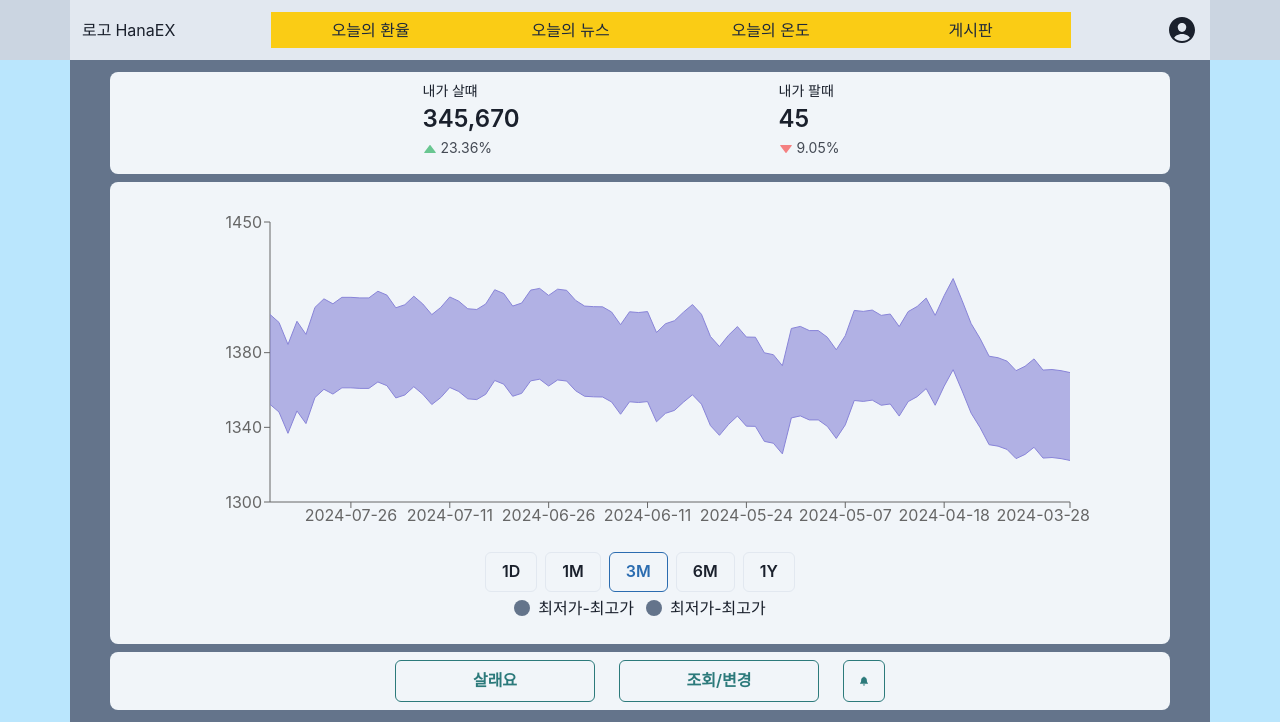
Repository: HANAEX/FRONT
Page: /MainPageDetail
These files come from the project's save history. The page is drawn as it stood at one moment and after the next save; the edit follows.
The browser window is 1280 px wide. The pictures show the whole page.
The project was rebuilt for these pictures with package versions that can differ from the ones it lists, and the page was loaded fresh each time. Also part of the build but not shown: src/components/ChartCard.js, src/components/FlowText.js, src/pages/MainPage.js, src/pages/LoginPage.js, src/pages/MyPage.js, src/data/Server_Url.js, src/components/Toggle.js, src/components/SementicCard.js and 8 more.

Above is the page before, as saved 2024-08-14 10:17:45.

### src/App.js
import { BrowserRouter, Route, Routes } from 'react-router-dom';
import { ChakraProvider } from '@chakra-ui/react'
import MainPage from './pages/MainPage';
import LoginPage from './pages/LoginPage';
import MyPage from './pages/MyPage';
import SemanticPage from './pages/SemanticPage';
import NewsPage from './pages/NewsPage';
import BoardPage from './pages/BoardPage';
import AppOut from './AppOut';
import MainPageDetail from './pages/MainPageDetail';
import SemanticPageDetail from './pages/SemanticPageDetail';

function App() {
  return (
    <ChakraProvider>
    <BrowserRouter>
    <Routes>
      <Route path='/' element={<AppOut />}>
        <Route path='' element={<MainPage />} />
        <Route path="Login" element={<LoginPage />}/>
        <Route path="My" element={<MyPage />} />
        <Route path="Semantic" element={<SemanticPage />} />
        <Route path="News" element={<NewsPage />} />
        <Route path="Board" element={<BoardPage />} />
        <Route path="MainPageDetail" element={<MainPageDetail />} />
        <Route path="SemanticPageDetail" element={<SemanticPageDetail />} />
      </Route>
    </Routes>
    </BrowserRouter>
    </ChakraProvider>
  );
}

export default App;

### src/AppOut.js
import React from 'react'
import { Outlet } from 'react-router'
import NavBar from './components/NavBar'

const AppOut = () => {
  return (
    <>
      <div className='w-screen flex justify-center bg-slate-300'>
        <NavBar />
      </div>
      <div className='w-screen flex justify-center bg-sky-200'>
        <Outlet />
      </div>
    </>
  )
}

export default AppOut

### src/pages/MainPageDetail.js
import React, {useState} from "react";
import MainChart from "../components/MainChart";
import {
  Text,
  Stat,
  StatLabel,
  StatNumber,
  StatHelpText,
  StatArrow,
  Button,
  Modal,
  ModalOverlay,
  ModalContent,
  ModalHeader,
  ModalFooter,
  ModalCloseButton,
  useDisclosure,
} from "@chakra-ui/react";
import { FaBell } from "react-icons/fa";
import ExChangeInput from "../components/ExChangeInput";
import ToggleModal from '../components/ToggleModal';
const MainPageDetail = () => {
  const { isOpen, onOpen, onClose } = useDisclosure();
  const [selected, setSelected] = useState(true);
  const handleToggle = () => {
    setSelected(!selected);
  };
  return (
    <div className="w-[1140px] bg-slate-500 flex flex-col py-1 px-10">
      {/*살때 팔 때 */}
      <div className="w-full flex justify-center px-48 py-2 rounded-lg my-2 bg-slate-100">
        <Stat className="flex justify-center">
          <StatLabel>내가 살떄</StatLabel>
          <StatNumber>345,670</StatNumber>
          <StatHelpText>
            <StatArrow type="increase" />
            23.36%
          </StatHelpText>
        </Stat>

        <Stat className="flex justify-center">
          <StatLabel>내가 팔때</StatLabel>
          <StatNumber>45</StatNumber>
          <StatHelpText>
            <StatArrow type="decrease" />
            9.05%
          </StatHelpText>
        </Stat>
      </div>
      <div className="flex flex-col items-center bg-slate-100 rounded-lg py-5">
        {/* 메인 차트 */}
        <MainChart />
        {/* 최고가 최저가 */}
        <div className="flex gap-3 py-1">
          <div className="flex items-center gap-2">
            <div className="w-4 h-4 bg-slate-500 rounded-full"></div>
            <Text>최저가-최고가</Text>
          </div>
          <div className="flex items-center gap-2">
            <div className="w-4 h-4 bg-slate-500 rounded-full"></div>
            <Text>최저가-최고가</Text>
          </div>
        </div>
      </div>
      {/*구매 버튼 판매 버튼 */}
      <div className="flex justify-center py-2 bg-slate-100 gap-6 my-2 rounded-lg">
        <Button
          onClick={onOpen}
          colorScheme="teal"
          variant="outline"
          height="42px"
          width="200px"
        >
          살래요
        </Button>
        <Button
          colorScheme="teal"
          variant="outline"
          height="42px"
          width="200px"
        >
          조회/변경
        </Button>
        <Button colorScheme="teal" variant="outline" height="42px" width="42px">
          <FaBell size="40" />
        </Button>
      </div>

      {/* 모달 */}
      <Modal isOpen={isOpen} onClose={onClose}>
        <ModalOverlay />
        <ModalContent>
          <ModalHeader>Modal Title</ModalHeader>
          <div className='w-full flex justify-start'>
            <ToggleModal selected={selected} handleToggle={ handleToggle } direction={'center'}/>
          </div>
          <ModalCloseButton />
          <div className='p-4'>
            <ExChangeInput />

            <ModalFooter>
              <Button colorScheme="blue" mr={3} onClick={onClose}>
                Close
              </Button>
              <Button variant="ghost">Secondary Action</Button>
            </ModalFooter>
          </div>
        </ModalContent>
      </Modal>
    </div>
  );
};

export default MainPageDetail;

### src/css/style.css
#app {
  height: 100%;
}
html,
body {
  position: relative;
  height: 100%;
}
.swiper {
  width: 100%;
  height: 100%;
  margin-top: 20px;
}
.swiper-slide {
  text-align: center;
  font-size: 18px;
  background: transparent;

  /* Center slide text vertically */
  display: flex;
  justify-content: center;
  /* align-items: center; */
}

### src/components/NavBar.js
import React from 'react'
import Menu from './Menu'
import { IoPersonCircle } from "react-icons/io5";
import { Link } from 'react-router-dom';

const NavBar = () => {
  return (
    <nav className='w-[1140px] h-[60px] bg-slate-200'>
      <div name="nav-container" className='w-full h-full flex items-center justify-between p-3'>
        <div name='logobox' className='flex gap-1'>
          <div name='logo'>로고</div>
          <div name='title'>HanaEX</div>
        </div>
        <div name='menus'className='h-full flex items-center bg-yellow-400'>
          <Link to={"/"}><Menu menu_name="오늘의 환율"/></Link>
          <Link to={"/News"}><Menu menu_name="오늘의 뉴스"/></Link>
          <Link to={"/Semantic"}><Menu menu_name="오늘의 온도"/></Link>
          <Link to={"/Board"}><Menu menu_name="게시판"/></Link>
        </div>
        <Link to={"/My"}>
          <IoPersonCircle className='w-8 h-8'/>
        </Link>
      </div>
    </nav>
  )
}

export default NavBar

### src/components/MainChart.js
import { XAxis, YAxis, Area, Tooltip, Line, AreaChart } from 'recharts';
import { Button, ButtonGroup } from '@chakra-ui/react';

import React, { useState } from 'react'

// import { rangeData } from '../data/exchange';

const rangeData = [
  {
    "day": "2024-08-08",
    "price": [
      1400.48,
      1352.32
    ],
    "baserate": 1376.4
  },
  {
    "day": "2024-08-07",
    "price": [
      1396.21,
      1348.19
    ],
    "baserate": 1372.2
  },
  {
    "day": "2024-08-06",
    "price": [
      1384.41,
      1336.79
    ],
    "baserate": 1360.6
  },
  {
    "day": "2024-08-05",
    "price": [
      1396.82,
      1348.78
    ],
    "baserate": 1372.8
  },
  {
    "day": "2024-08-02",
    "price": [
      1389.8,
      1342
    ],
    "baserate": 1365.9
  },
  {
    "day": "2024-08-01",
    "price": [
      1404.25,
      1355.95
    ],
    "baserate": 1380.1
  },
  {
    "day": "2024-07-31",
    "price": [
      1408.83,
      1360.37
    ],
    "baserate": 1384.6
  },
  {
    "day": "2024-07-30",
    "price": [
      1406.18,
      1357.82
    ],
    "baserate": 1382.0
  },
  {
    "day": "2024-07-29",
    "price": [
      1409.64,
      1361.16
    ],
    "baserate": 1385.4
  },
  {
    "day": "2024-07-26",
    "price": [
      1409.64,
      1361.16
    ],
    "baserate": 1385.4
  },
  {
    "day": "2024-07-25",
    "price": [
      1409.33,
      1360.87
    ],
    "baserate": 1385.1
  },
  {
    "day": "2024-07-24",
    "price": [
      1409.33,
      1360.87
    ],
    "baserate": 1385.1
  },
  {
    "day": "2024-07-23",
    "price": [
      1412.9,
      1364.3
    ],
    "baserate": 1388.6
  },
  {
    "day": "2024-07-22",
    "price": [
      1410.86,
      1362.34
    ],
    "baserate": 1386.6
  },
  {
    "day": "2024-07-19",
    "price": [
      1404.04,
      1355.76
    ],
    "baserate": 1379.9
  },
  {
    "day": "2024-07-18",
    "price": [
      1405.67,
      1357.33
    ],
    "baserate": 1381.5
  },
  {
    "day": "2024-07-17",
    "price": [
      1410.25,
      1361.75
    ],
    "baserate": 1386.0
  },
  {
    "day": "2024-07-16",
    "price": [
      1406.08,
      1357.72
    ],
    "baserate": 1381.9
  },
  {
    "day": "2024-07-15",
    "price": [
      1400.38,
      1352.22
    ],
    "baserate": 1376.3
  },
  {
    "day": "2024-07-12",
    "price": [
      1404.25,
      1355.95
    ],
    "baserate": 1380.1
  },
  {
    "day": "2024-07-11",
    "price": [
      1409.84,
      1361.36
    ],
    "baserate": 1385.6
  },
  {
    "day": "2024-07-10",
    "price": [
      1407.6,
      1359.2
    ],
    "baserate": 1383.4
  },
  {
    "day": "2024-07-09",
    "price": [
      1403.53,
      1355.27
    ],
    "baserate": 1379.4
  },
  {
    "day": "2024-07-08",
    "price": [
      1403.13,
      1354.87
    ],
    "baserate": 1379.0
  },
  {
    "day": "2024-07-05",
    "price": [
      1406.08,
      1357.72
    ],
    "baserate": 1381.9
  },
  {
    "day": "2024-07-04",
    "price": [
      1413.71,
      1365.09
    ],
    "baserate": 1389.4
  },
  {
    "day": "2024-07-03",
    "price": [
      1411.67,
      1363.13
    ],
    "baserate": 1387.4
  },
  {
    "day": "2024-07-02",
    "price": [
      1404.96,
      1356.64
    ],
    "baserate": 1380.8
  },
  {
    "day": "2024-07-01",
    "price": [
      1406.59,
      1358.21
    ],
    "baserate": 1382.4
  },
  {
    "day": "2024-06-28",
    "price": [
      1413.51,
      1364.89
    ],
    "baserate": 1389.2
  },
  {
    "day": "2024-06-27",
    "price": [
      1414.42,
      1365.78
    ],
    "baserate": 1390.1
  },
  {
    "day": "2024-06-26",
    "price": [
      1410.66,
      1362.14
    ],
    "baserate": 1386.4
  },
  {
    "day": "2024-06-25",
    "price": [
      1414.01,
      1365.39
    ],
    "baserate": 1389.7
  },
  {
    "day": "2024-06-24",
    "price": [
      1413.4,
      1364.8
    ],
    "baserate": 1389.1
  },
  {
    "day": "2024-06-21",
    "price": [
      1408.01,
      1359.59
    ],
    "baserate": 1383.8
  },
  {
    "day": "2024-06-20",
    "price": [
      1404.96,
      1356.64
    ],
    "baserate": 1380.8
  },
  {
    "day": "2024-06-19",
    "price": [
      1404.65,
      1356.35
    ],
    "baserate": 1380.5
  },
  {
    "day": "2024-06-18",
    "price": [
      1404.55,
      1356.25
    ],
    "baserate": 1380.4
  },
  {
    "day": "2024-06-17",
    "price": [
      1401.8,
      1353.6
    ],
    "baserate": 1377.7
  },
  {
    "day": "2024-06-14",
    "price": [
      1394.99,
      1347.01
    ],
    "baserate": 1371.0
  },
  {
    "day": "2024-06-13",
    "price": [
      1401.91,
      1353.69
    ],
    "baserate": 1377.8
  },
  {
    "day": "2024-06-12",
    "price": [
      1401.5,
      1353.3
    ],
    "baserate": 1377.4
  },
  {
    "day": "2024-06-11",
    "price": [
      1402.01,
      1353.79
    ],
    "baserate": 1377.9
  },
  {
    "day": "2024-06-10",
    "price": [
      1390.82,
      1342.98
    ],
    "baserate": 1366.9
  },
  {
    "day": "2024-06-07",
    "price": [
      1395.5,
      1347.5
    ],
    "baserate": 1371.5
  },
  {
    "day": "2024-06-05",
    "price": [
      1397.12,
      1349.08
    ],
    "baserate": 1373.1
  },
  {
    "day": "2024-06-04",
    "price": [
      1401.7,
      1353.5
    ],
    "baserate": 1377.6
  },
  {
    "day": "2024-06-03",
    "price": [
      1405.77,
      1357.43
    ],
    "baserate": 1381.6
  },
  {
    "day": "2024-05-31",
    "price": [
      1400.58,
      1352.42
    ],
    "baserate": 1376.5
  },
  {
    "day": "2024-05-30",
    "price": [
      1388.68,
      1340.92
    ],
    "baserate": 1364.8
  },
  {
    "day": "2024-05-29",
    "price": [
      1383.29,
      1335.71
    ],
    "baserate": 1359.5
  },
  {
    "day": "2024-05-28",
    "price": [
      1389.29,
      1341.51
    ],
    "baserate": 1365.4
  },
  {
    "day": "2024-05-27",
    "price": [
      1393.97,
      1346.03
    ],
    "baserate": 1370.0
  },
  {
    "day": "2024-05-24",
    "price": [
      1388.37,
      1340.63
    ],
    "baserate": 1364.5
  },
  {
    "day": "2024-05-22",
    "price": [
      1388.27,
      1340.53
    ],
    "baserate": 1364.4
  },
  {
    "day": "2024-05-21",
    "price": [
      1379.93,
      1332.47
    ],
    "baserate": 1356.2
  },
  {
    "day": "2024-05-20",
    "price": [
      1378.91,
      1331.49
    ],
    "baserate": 1355.2
  },
  {
    "day": "2024-05-17",
    "price": [
      1373.01,
      1325.79
    ],
    "baserate": 1349.4
  },
  {
    "day": "2024-05-16",
    "price": [
      1392.95,
      1345.05
    ],
    "baserate": 1369.0
  },
  {
    "day": "2024-05-14",
    "price": [
      1394.07,
      1346.13
    ],
    "baserate": 1370.1
  },
  {
    "day": "2024-05-13",
    "price": [
      1391.83,
      1343.97
    ],
    "baserate": 1367.9
  },
  {
    "day": "2024-05-10",
    "price": [
      1391.83,
      1343.97
    ],
    "baserate": 1367.9
  },
  {
    "day": "2024-05-09",
    "price": [
      1388.27,
      1340.53
    ],
    "baserate": 1364.4
  },
  {
    "day": "2024-05-08",
    "price": [
      1381.56,
      1334.04
    ],
    "baserate": 1357.8
  },
  {
    "day": "2024-05-07",
    "price": [
      1389.09,
      1341.31
    ],
    "baserate": 1365.2
  },
  {
    "day": "2024-05-03",
    "price": [
      1402.62,
      1354.38
    ],
    "baserate": 1378.5
  },
  {
    "day": "2024-05-02",
    "price": [
      1402.11,
      1353.89
    ],
    "baserate": 1378.0
  },
  {
    "day": "2024-04-30",
    "price": [
      1402.82,
      1354.58
    ],
    "baserate": 1378.7
  },
  {
    "day": "2024-04-29",
    "price": [
      1399.97,
      1351.83
    ],
    "baserate": 1375.9
  },
  {
    "day": "2024-04-26",
    "price": [
      1400.69,
      1352.51
    ],
    "baserate": 1376.6
  },
  {
    "day": "2024-04-25",
    "price": [
      1393.97,
      1346.03
    ],
    "baserate": 1370.0
  },
  {
    "day": "2024-04-24",
    "price": [
      1402.01,
      1353.79
    ],
    "baserate": 1377.9
  },
  {
    "day": "2024-04-23",
    "price": [
      1404.76,
      1356.44
    ],
    "baserate": 1380.6
  },
  {
    "day": "2024-04-22",
    "price": [
      1409.23,
      1360.77
    ],
    "baserate": 1385.0
  },
  {
    "day": "2024-04-19",
    "price": [
      1399.97,
      1351.83
    ],
    "baserate": 1375.9
  },
  {
    "day": "2024-04-18",
    "price": [
      1410.56,
      1362.04
    ],
    "baserate": 1386.3
  },
  {
    "day": "2024-04-17",
    "price": [
      1419.71,
      1370.89
    ],
    "baserate": 1395.3
  },
  {
    "day": "2024-04-16",
    "price": [
      1407.91,
      1359.49
    ],
    "baserate": 1383.7
  },
  {
    "day": "2024-04-15",
    "price": [
      1395.6,
      1347.6
    ],
    "baserate": 1371.6
  },
  {
    "day": "2024-04-12",
    "price": [
      1387.56,
      1339.84
    ],
    "baserate": 1363.7
  },
  {
    "day": "2024-04-11",
    "price": [
      1378.1,
      1330.7
    ],
    "baserate": 1354.4
  },
  {
    "day": "2024-04-09",
    "price": [
      1377.28,
      1329.92
    ],
    "baserate": 1353.6
  },
  {
    "day": "2024-04-08",
    "price": [
      1375.45,
      1328.15
    ],
    "baserate": 1351.8
  },
  {
    "day": "2024-04-05",
    "price": [
      1370.36,
      1323.24
    ],
    "baserate": 1346.8
  },
  {
    "day": "2024-04-04",
    "price": [
      1372.7,
      1325.5
    ],
    "baserate": 1349.1
  },
  {
    "day": "2024-04-03",
    "price": [
      1376.67,
      1329.33
    ],
    "baserate": 1353.0
  },
  {
    "day": "2024-04-02",
    "price": [
      1370.67,
      1323.53
    ],
    "baserate": 1347.1
  },
  {
    "day": "2024-04-01",
    "price": [
      1370.97,
      1323.83
    ],
    "baserate": 1347.4
  },
  {
    "day": "2024-03-29",
    "price": [
      1370.36,
      1323.24
    ],
    "baserate": 1346.8
  },
  {
    "day": "2024-03-28",
    "price": [
      1369.35,
      1322.25
    ],
    "baserate": 1345.8
  },
  {
    "day": "2024-03-27",
    "price": [
      1362.02,
      1315.18
    ],
    "baserate": 1338.6
  },
  {
    "day": "2024-03-26",
    "price": [
      1364.16,
      1317.24
    ],
    "baserate": 1340.7
  },
  {
    "day": "2024-03-25",
    "price": [
      1359.48,
      1312.72
    ],
    "baserate": 1336.1
  },
  {
    "day": "2024-03-22",
    "price": [
      1349.51,
      1303.09
    ],
    "baserate": 1326.3
  },
  {
    "day": "2024-03-21",
    "price": [
      1362.12,
      1315.28
    ],
    "baserate": 1338.7
  },
  {
    "day": "2024-03-20",
    "price": [
      1361.92,
      1315.08
    ],
    "baserate": 1338.5
  },
  {
    "day": "2024-03-19",
    "price": [
      1356.32,
      1309.68
    ],
    "baserate": 1333.0
  },
  {
    "day": "2024-03-18",
    "price": [
      1351.64,
      1305.16
    ],
    "baserate": 1328.4
  },
  {
    "day": "2024-03-15",
    "price": [
      1339.94,
      1293.86
    ],
    "baserate": 1316.9
  },
  {
    "day": "2024-03-14",
    "price": [
      1335.77,
      1289.83
    ],
    "baserate": 1312.8
  },
  {
    "day": "2024-03-13",
    "price": [
      1334.04,
      1288.16
    ],
    "baserate": 1311.1
  },
  {
    "day": "2024-03-12",
    "price": [
      1337.4,
      1291.4
    ],
    "baserate": 1314.4
  },
  {
    "day": "2024-03-11",
    "price": [
      1346.25,
      1299.95
    ],
    "baserate": 1323.1
  },
  {
    "day": "2024-03-08",
    "price": [
      1352.86,
      1306.34
    ],
    "baserate": 1329.6
  },
  {
    "day": "2024-03-07",
    "price": [
      1359.07,
      1312.33
    ],
    "baserate": 1335.7
  },
  {
    "day": "2024-03-06",
    "price": [
      1356.53,
      1309.87
    ],
    "baserate": 1333.2
  },
  {
    "day": "2024-03-05",
    "price": [
      1353.37,
      1306.83
    ],
    "baserate": 1330.1
  }
]

const MainChart = () => {

  const [timeRange, setTimeRange] = useState('3M');

  const filterData = (range) => {
    switch (range) {
      case '1D':
        return rangeData.slice(0, 1);
      case '1M':
        return rangeData.slice(0, 30);
      case '3M':
        return rangeData.slice(0, 90);
      case '6M':
        return rangeData.slice(0, 180);
      case '1Y':
        return rangeData;
      default:
        return rangeData;
    }
  }
  const filtered_rangeData = filterData(timeRange);

  return (
    <div>
      <div>
        {console.log(rangeData)}
        {/* <AreaChart
          width={900}
          height={350}
          data={filtered_rangeData}
          margin={{
            top: 20, right: 20, bottom: 20, left: 20,
          }}
        >
          <XAxis dataKey="day" />
          <YAxis domain={[1300, 1450]}/>
          <Area dataKey="price" stroke="#8884d8" fill="#8884d8" />
          <Tooltip />
        </AreaChart> */}
        <AreaChart
          width={900}
          height={350}
          data={filtered_rangeData}
          margin={{
            top: 20, right: 20, bottom: 20, left: 20,
          }}
        >
          <XAxis dataKey="day" />
          <YAxis domain={[1300, 1450]} />
          <Line type="monotone" dataKey="baserate" stroke="#ff7300" dot={true} activeDot={{ r: 8 }} />
          <Area dataKey="price" stroke="#8884d8" fill="#8884d8" />
          <Line type="monotone" dataKey="baserate" stroke="#ff7300" dot={true} activeDot={{ r: 8 }} /> {/* baserate를 나타내는 LineChart 추가 */}
          <Tooltip />
        </AreaChart>
      </div>
      <div className='w-full flex justify-center items-center'>
        <ButtonGroup variant="outline">
        <Button
            colorScheme={timeRange === '1D' ? 'blue' : 'gray'}
            onClick={() => setTimeRange('1D')}
          >
            1D
          </Button>
          <Button
            colorScheme={timeRange === '1M' ? 'blue' : 'gray'}
            onClick={() => setTimeRange('1M')}
          >
            1M
          </Button>
          <Button
            colorScheme={timeRange === '3M' ? 'blue' : 'gray'}
            onClick={() => setTimeRange('3M')}
          >
            3M
          </Button>
          <Button
            colorScheme={timeRange === '6M' ? 'blue' : 'gray'}
            onClick={() => setTimeRange('6M')}
          >
            6M
          </Button>
          <Button
            colorScheme={timeRange === '1Y' ? 'blue' : 'gray'}
            onClick={() => setTimeRange('1Y')}
          >
            1Y
          </Button>
        </ButtonGroup>
      </div>
    </div>
  )
}

export default MainChart

### src/components/Menu.js
import React from 'react'

const Menu = ({menu_name}) => {
  return (
    <div className='w-[200px] h-10 text-center rounded-full text-slate-800 leading-10 hover:bg-slate-700 hover:text-slate-50 transition duration-150 ease-in-out'>
      {menu_name}
    </div>
  )
}

export default Menu

Loaded but not shown: public/index.html (common file); src/index.js (common file); src/index.css (common file); src/reportWebVitals.js (common file); tailwind.config.js (common file)

After the next save:
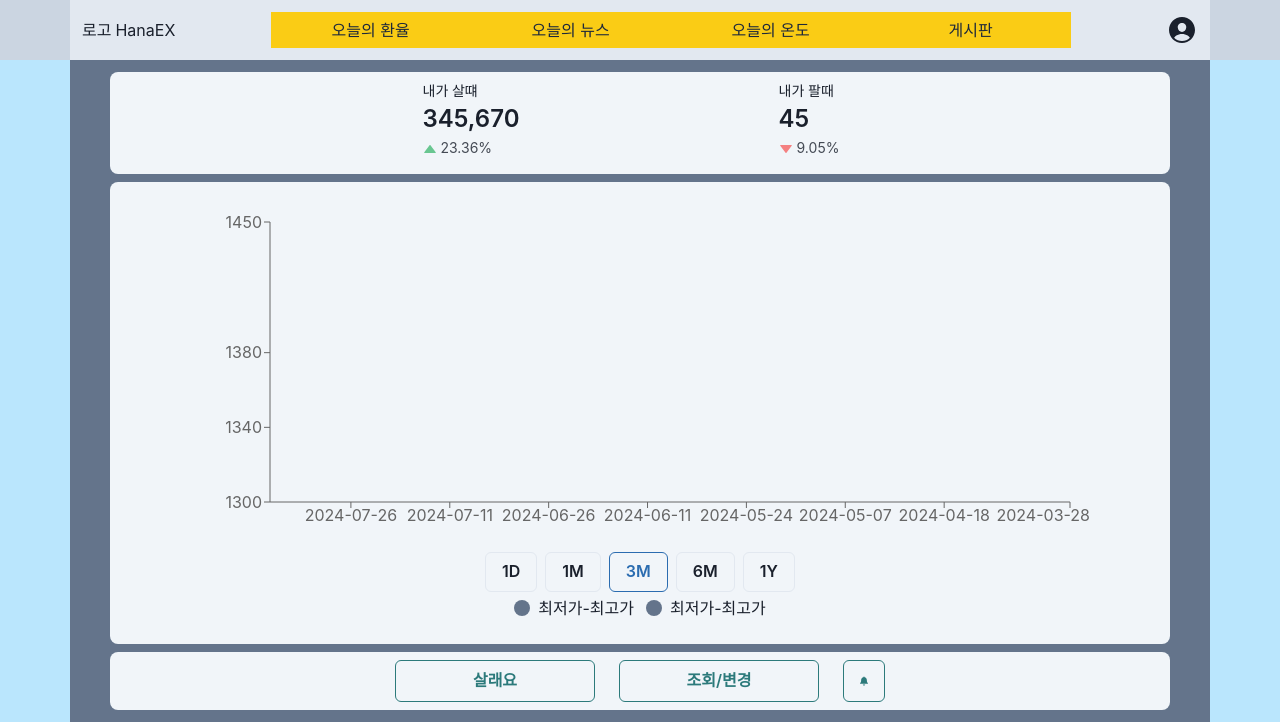
Saved 44 s later.
--- a/src/components/MainChart.js
+++ b/src/components/MainChart.js
@@ -863,6 +863,13 @@
     "baserate": 1330.1
   }
 ]
+
+const processedData = rangeData.map(entry => ({
+  day: entry.day,
+  priceHigh: entry.price[0],
+  priceLow: entry.price[1],
+  baserate: entry.baserate
+}));
 
 const MainChart = () => {
 
@@ -903,6 +910,21 @@
           <Area dataKey="price" stroke="#8884d8" fill="#8884d8" />
           <Tooltip />
         </AreaChart> */}
+        {/* <AreaChart
+          width={900}
+          height={350}
+          data={filtered_rangeData}
+          margin={{
+            top: 20, right: 20, bottom: 20, left: 20,
+          }}
+        >
+          <XAxis dataKey="day" />
+          <YAxis domain={[1300, 1450]} />
+
+          <Area dataKey="price" stroke="#8884d8" fill="#8884d8" />
+          <Line type="monotone" dataKey="baserate" stroke="#ff7300" dot={true} activeDot={{ r: 8 }} />
+          <Tooltip />
+        </AreaChart> */}
         <AreaChart
           width={900}
           height={350}
@@ -913,10 +935,14 @@
         >
           <XAxis dataKey="day" />
           <YAxis domain={[1300, 1450]} />
-          <Line type="monotone" dataKey="baserate" stroke="#ff7300" dot={true} activeDot={{ r: 8 }} />
-          <Area dataKey="price" stroke="#8884d8" fill="#8884d8" />
-          <Line type="monotone" dataKey="baserate" stroke="#ff7300" dot={true} activeDot={{ r: 8 }} /> {/* baserate를 나타내는 LineChart 추가 */}
           <Tooltip />
+
+          {/* 개별 가격 데이터를 사용하여 AreaChart 생성 */}
+          <Area type="monotone" dataKey="priceHigh" stroke="#8884d8" fill="#8884d8" name="High Price" />
+          <Area type="monotone" dataKey="priceLow" stroke="#82ca9d" fill="#82ca9d" name="Low Price" />
+
+          {/* baserate 데이터를 사용하여 LineChart 추가 */}
+          <Line type="monotone" dataKey="baserate" stroke="#ff7300" dot={true} activeDot={{ r: 8 }} name="Base Rate" />
         </AreaChart>
       </div>
       <div className='w-full flex justify-center items-center'>
